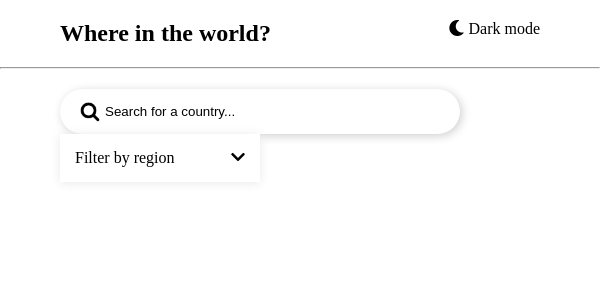
Repository: Eugene44-hub/countryProj
Page: index.html
The author's editor kept a copy of each file at every save. The page is drawn from the files as they stood at one save, then again after a run of saves.
The browser window is 600 px wide. The pictures show the whole page.
The page's requests for data from a server got no answer.

Above is the page before, as saved 2021-10-10 20:34:09.

After the next 2 saves:
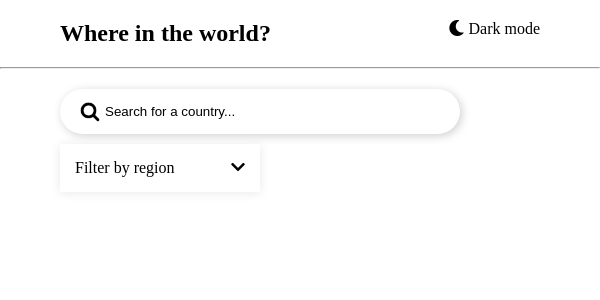
The 2 saves are shown as one change because they came seconds apart.
The last was saved 8 s later.
--- a/style.css
+++ b/style.css
@@ -162,7 +162,9 @@ li,
     .countries {
         justify-content: center;
     }
-    .select {}
+    .select {
+        margin: 10px 0;
+    }
 }
 
 
